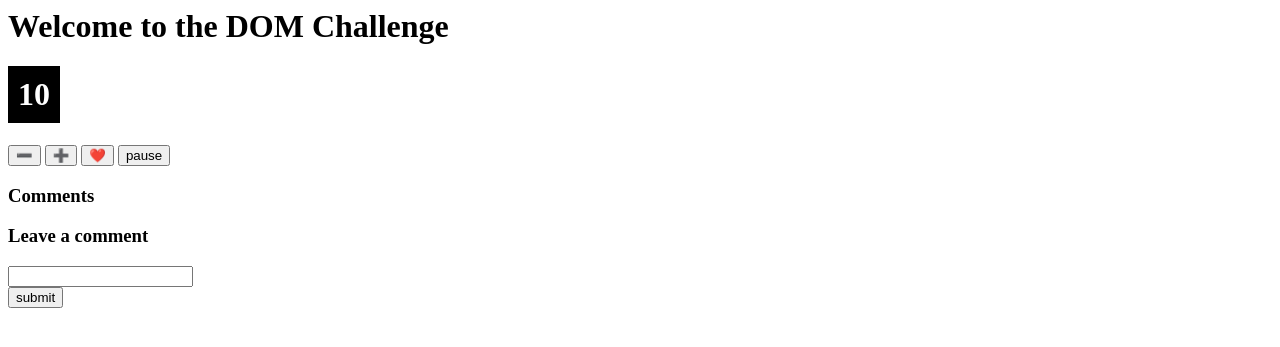
Repository: annferracane/phase-1-practice-interacting-with-the-dom
Page: index.html
An editor plug-in stored every save of this project. The page is shown before and after the next save, followed by the edit.
The browser window is 1280 px wide. The pictures show the whole page.

Above is the page before, as saved 2022-12-01 18:21:33.

After the next save:
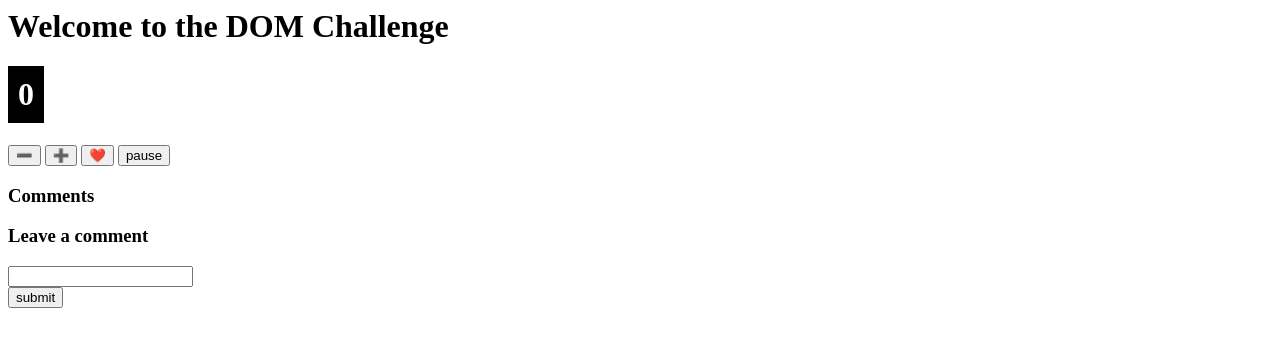
Console error: SyntaxError: Missing initializer in const declaration
Saved 10 s later.
--- a/js/challenge.js
+++ b/js/challenge.js
@@ -35,7 +35,7 @@
 pauseBtn.addEventListener('click', pauseResumeCounter);
 
 // Start Interval
-setInterval(() => incrementCounter(), 1000);
+const setInterval(() => incrementCounter(), 1000);
 
 // Decrement counter by 1
 function decrementCounter() {

After the save that followed:
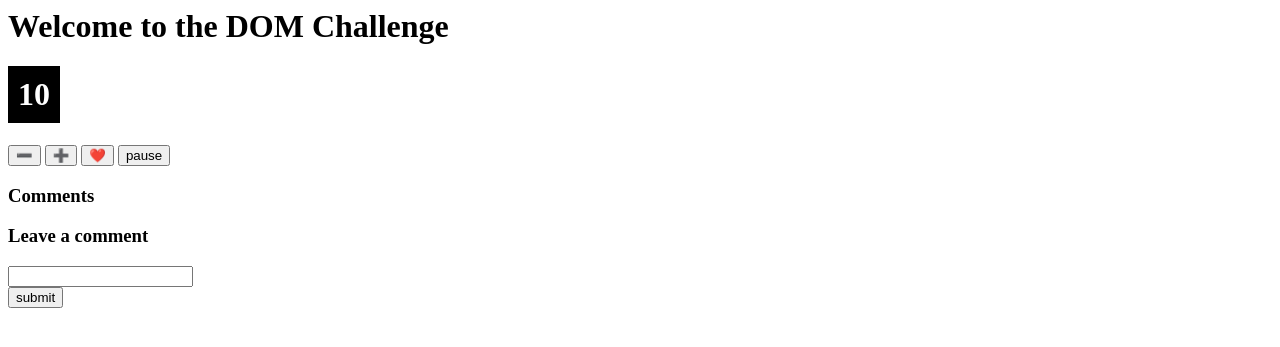
The error is gone.
Saved 7 s later.
--- a/js/challenge.js
+++ b/js/challenge.js
@@ -35,7 +35,7 @@
 pauseBtn.addEventListener('click', pauseResumeCounter);
 
 // Start Interval
-const setInterval(() => incrementCounter(), 1000);
+const intervalId = setInterval(() => incrementCounter(), 1000);
 
 // Decrement counter by 1
 function decrementCounter() {
